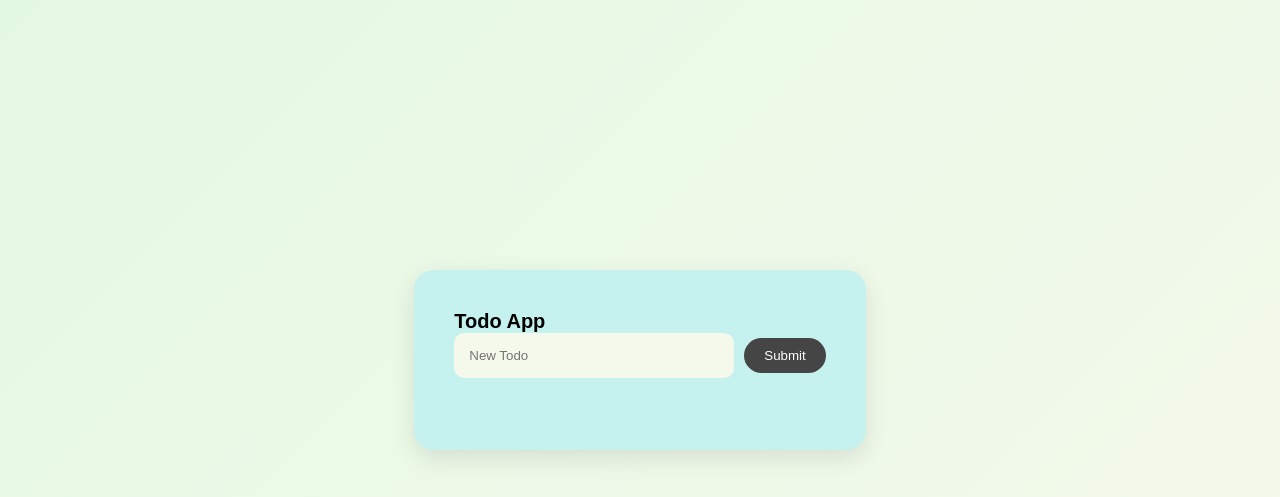
Repository: Subhadeep2609/Todo_React
Page: /
An editor plug-in stored every save of this project. The page is shown before and after the next save, followed by the edit.
The browser window is 1280 px wide. The pictures show the whole page.
The project was rebuilt for these pictures with package versions that can differ from the ones it lists, and the page was loaded fresh each time. Also part of the build but not shown: vite.config.js.

Above is the page before, as saved 2025-09-04 13:47:58.

After the next save:
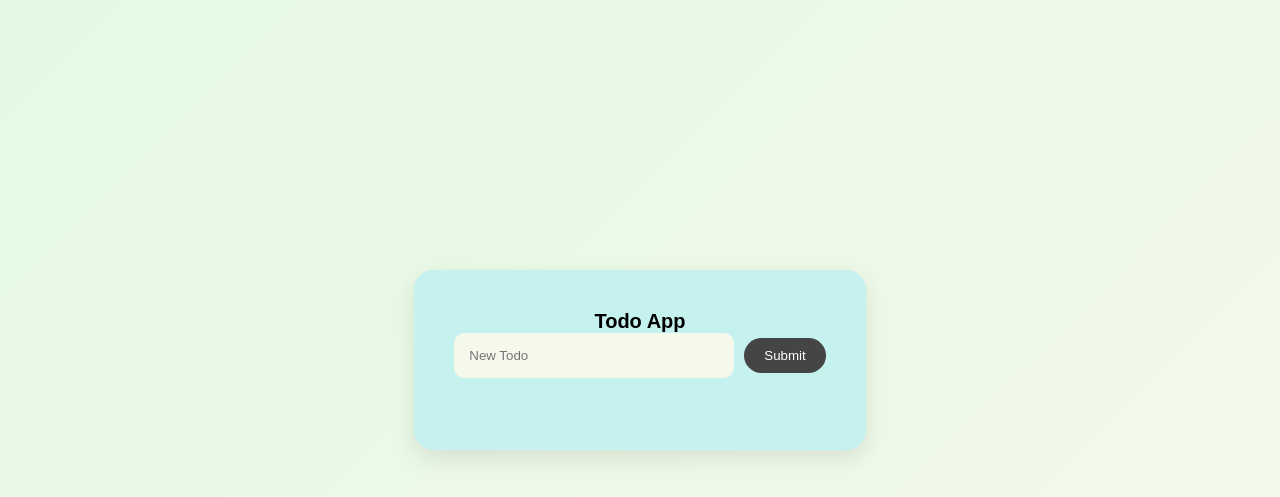
Saved 6 s later.
--- a/src/index.css
+++ b/src/index.css
@@ -15,7 +15,7 @@ body {
 }
 .heading{
   font-size:20px;
-
+  text-align: center;
 }
 /* Container */
 .container {
